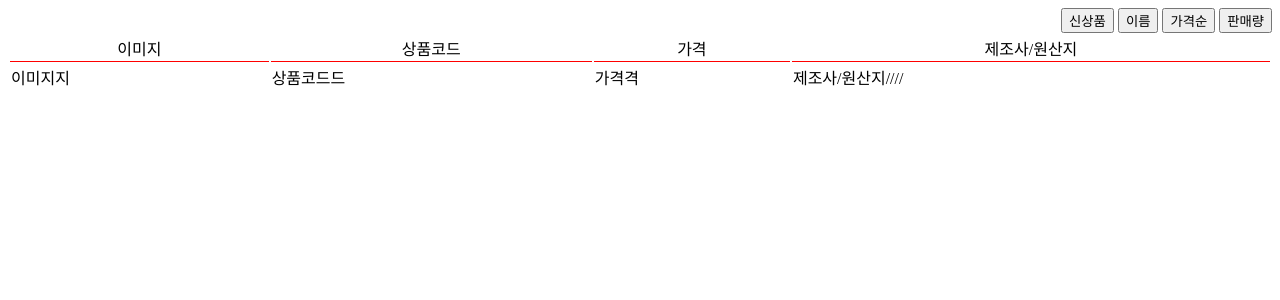
Repository: heeya90/ProjectShoppingMall
Page: http://localhost/ProjectShoppingMall/goods/goods_list.jsp
The author's editor kept a copy of each file at every save. The page is drawn from the files as they stood at one save, then again after the next save.
The browser window is 1280 px wide. The pictures show the whole page.
The page is served by Tomcat 9.

Above is the page before, as saved 2012-07-30 07:10:06.

After the next save:
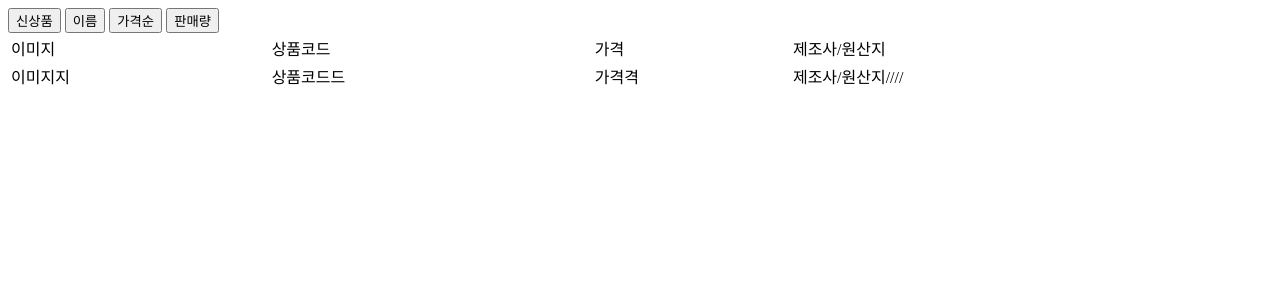
Saved 31 min 4 s later.
--- a/ProjectShoppingMall/WebContent/goods/goods_list.jsp
+++ b/ProjectShoppingMall/WebContent/goods/goods_list.jsp
@@ -1,32 +1,25 @@
 <%@ page language="java" contentType="text/html; charset=EUC-KR"
     pageEncoding="EUC-KR"%>
-<style type="text/css">
 
-.tab{
-	border-bottom:1px solid red;
-	vertical-align: middle;
-	text-align:center;
-}
-</style>
-	<div align="right">
+	<div class="div_right">
 		<input type="button" value="신상품">
 		<input type="button" value="이름">
 		<input type="button" value="가격순">
 		<input type="button" value="판매량">
 	</div>
 
-	<table width="100%" >
+	<table class="jw_normal_table" style="width:100%" >
 		<tr>
-			<td class="tab">이미지</td>
-			<td class="tab">상품코드</td>
-			<td class="tab">가격</td>
-			<td class="tab">제조사/원산지</td>
+			<td class="jw_theader">이미지</td>
+			<td class="jw_theader">상품코드</td>
+			<td class="jw_theader">가격</td>
+			<td class="jw_theader">제조사/원산지</td>
 		</tr>
 
 		<tr>
-			<td class="sub_v_tb1">이미지지</td>
-			<td class="sub_v_tb1">상품코드드</td>
-			<td class="sub_v_tb1">가격격</td>
-			<td class="sub_v_tb1">제조사/원산지////</td>
+			<td class="jw_td_center">이미지지</td>
+			<td class="jw_td_center">상품코드드</td>
+			<td class="jw_td_center">가격격</td>
+			<td class="jw_td_center">제조사/원산지////</td>
 		</tr>
 	</table>
